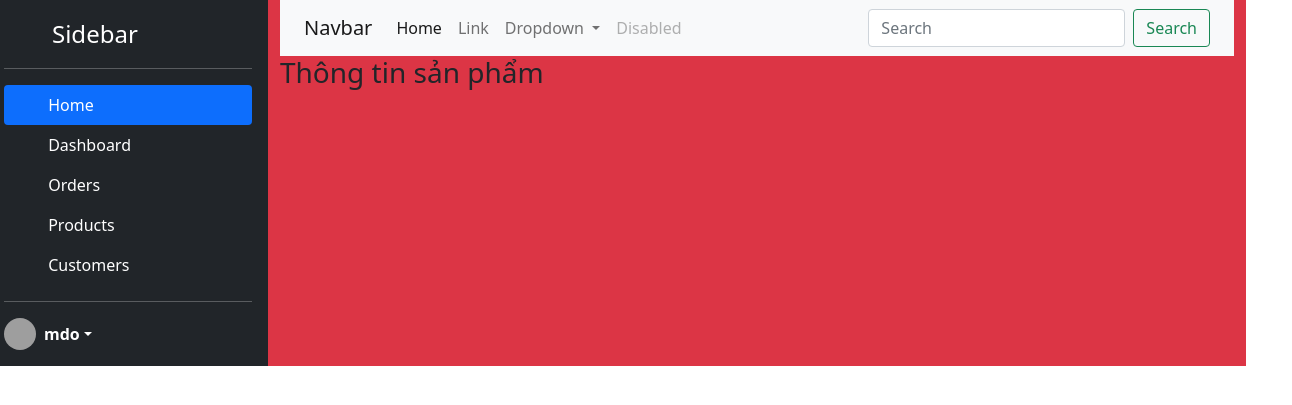
Repository: Lehuyhuynh/BT12-BOOTSTRAP
Page: index.html
These files come from the project's save history. The page is drawn as it stood at one moment and after the next save; the edit follows.
The browser window is 1280 px wide. The page is 1292 px wide, so the pictures cover 1292 px, including what lies to the right of the window. The pictures show the whole page.
Pictures or frames that could not be fetched are drawn as grey boxes.

Above is the page before, as saved 2023-08-19 22:07:07.

After the next save:
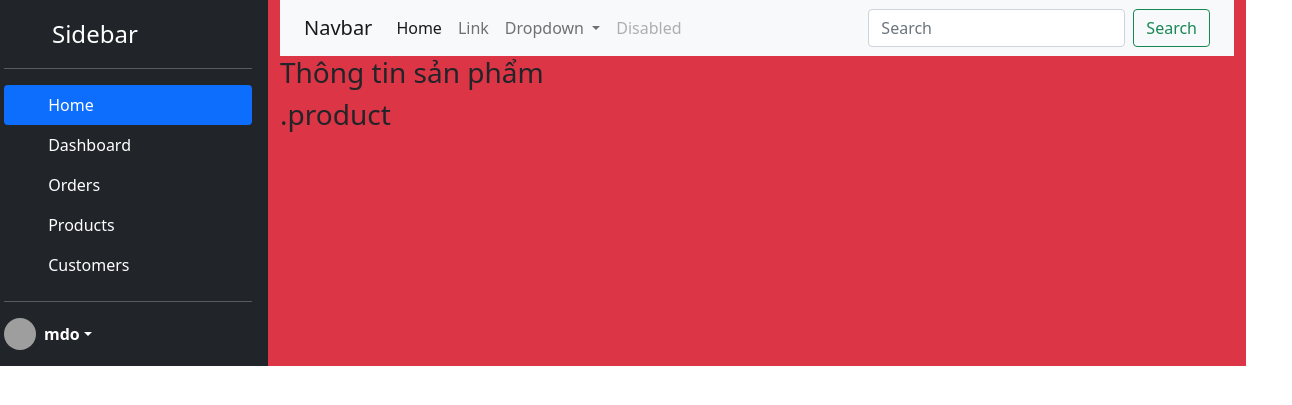
Saved 7 s later.
--- a/index.html
+++ b/index.html
@@ -102,7 +102,7 @@
 
         <h3>Thông tin sản phẩm<h3>
 
-          <div class="produc"></div>
+          .product
 
 
 
